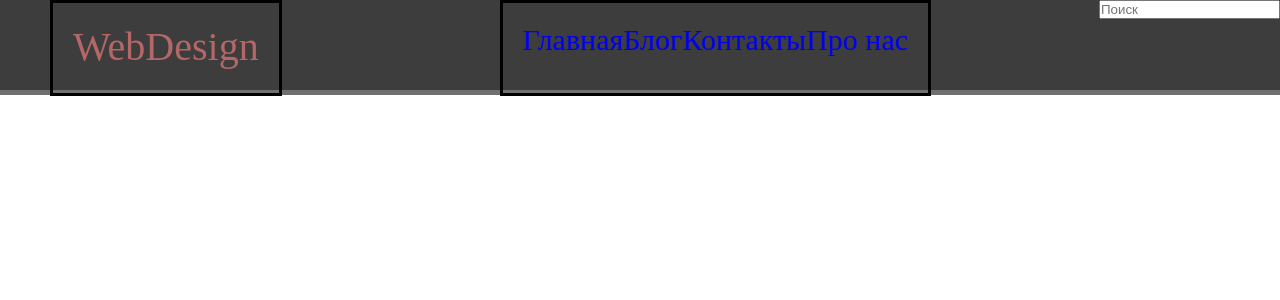
Repository: andbaik/Itprog
Page: index.htm
An editor plug-in stored every save of this project. The page is shown before and after the next save, followed by the edit.
The browser window is 1280 px wide. The pictures show the whole page.

Above is the page before, as saved 2021-01-19 16:22:23.

After the next save:
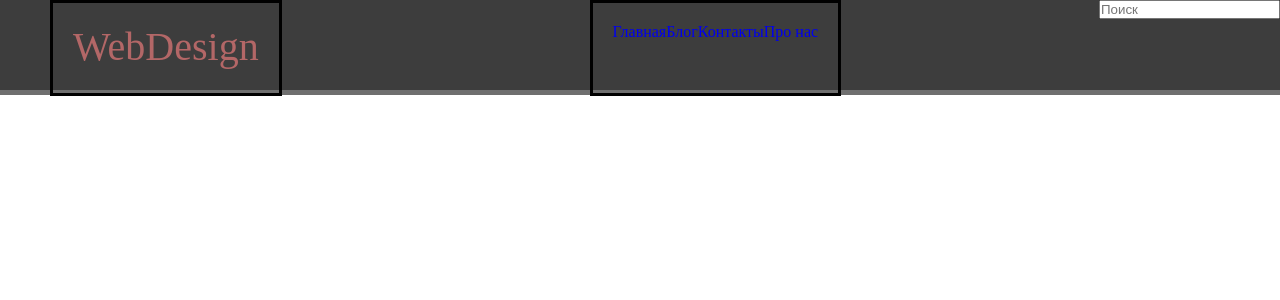
Saved 4 s later.
--- a/css/style.css
+++ b/css/style.css
@@ -35,7 +35,7 @@ a {
     width: auto;
     padding: 20px;
     margin: 0 auto;
-    font-size: 30px;
+
 
     border: 3px solid black;
 }
